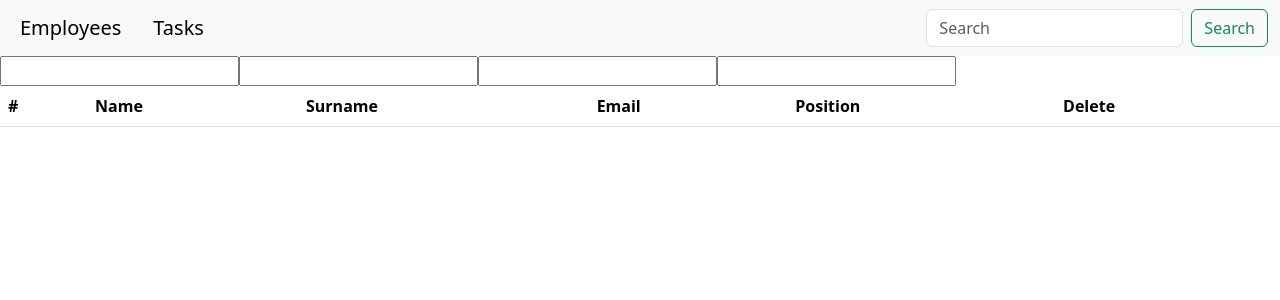
Repository: RaffiBarseghyan/employees
Page: /employees
These files come from the project's save history. The page is drawn as it stood at one moment and after a run of saves; the edit follows.
The browser window is 1280 px wide. The pictures show the whole page.
The page's requests for data from a server got no answer. The project was rebuilt for these pictures with package versions that can differ from the ones it lists, and the page was loaded fresh each time. No one was signed in, and anything a server would have sent is missing. Also part of the build but not shown: src/App.css, src/Pages/Employees/employees.module.scss, src/Pages/UpDel/upDel.module.scss, src/Pages/UpDel/delete.jsx, src/Pages/Tasks/tasks.jsx.

Above is the page before, as saved 2023-06-15 01:08:25.

After the next 2 saves:
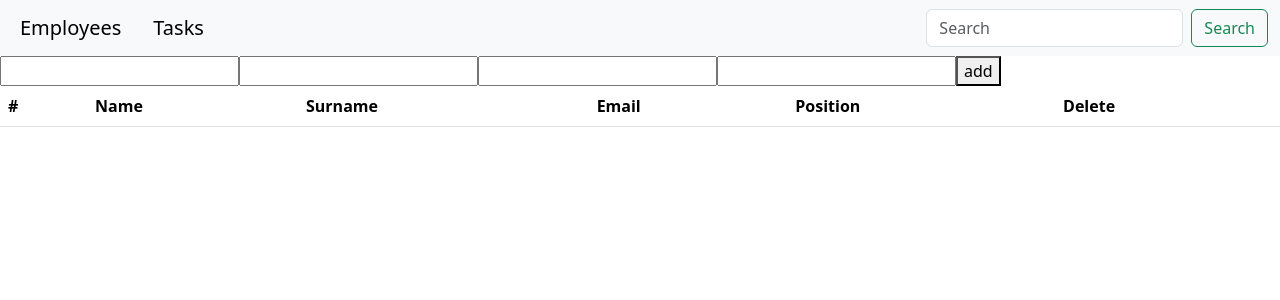
The 2 saves are shown as one change because they came seconds apart.
The last was saved 28 s later.
--- a/src/Pages/Employees/employees.jsx
+++ b/src/Pages/Employees/employees.jsx
@@ -25,7 +25,9 @@ function Employees() {
             <input type="text" />
             <input type="email" />
             <input type="text" />
-
+            <button>
+                add
+            </button>
         </div>
 
 
